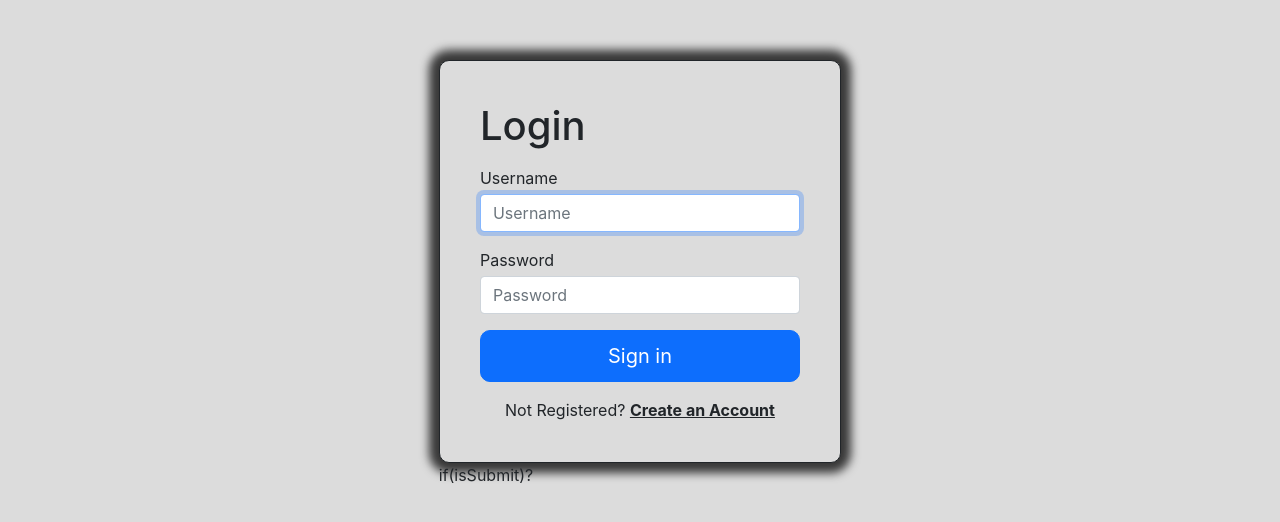
Repository: Rittaki/web-client
Page: /
An editor plug-in stored every save of this project. The page is shown before and after the next save, followed by the edit.
The browser window is 1280 px wide. The pictures show the whole page.
The project was rebuilt for these pictures with package versions that can differ from the ones it lists, and the page was loaded fresh each time. Also part of the build but not shown: src/App.css, src/components/Signup.js.

Above is the page before, as saved 2022-04-04 22:49:42.

After the next save:
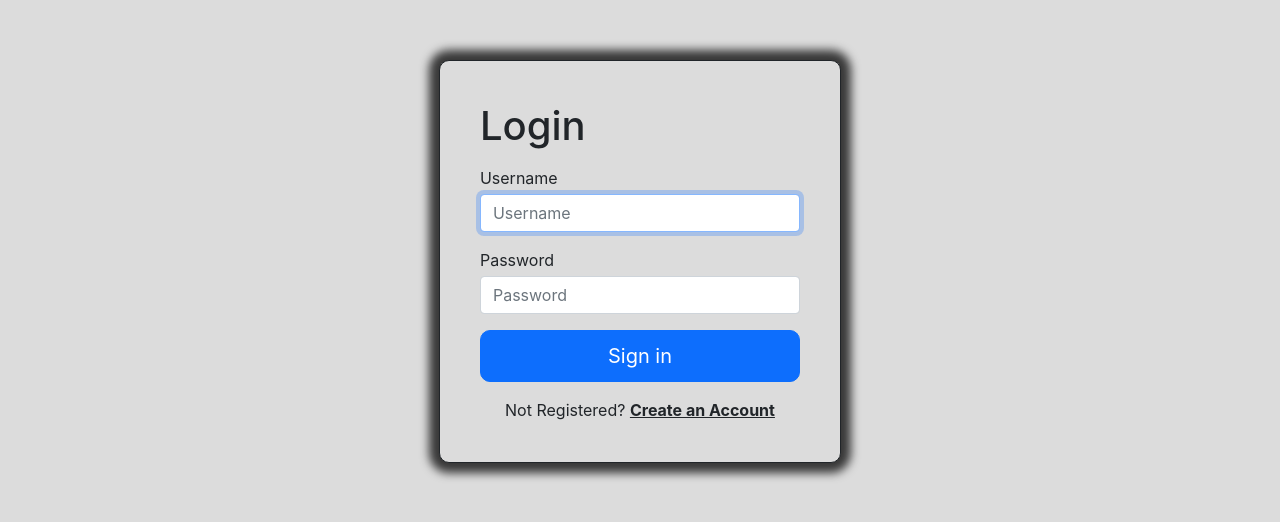
Saved 94 s later.
--- a/src/components/Login.js
+++ b/src/components/Login.js
@@ -34,7 +34,6 @@ const[isSubmit, setIsSubmit] = useState(false);
                                 Not Registered? <a href="/Signup" className="text-dark fw-bold" > Create an Account</a>
                             </div>
                         </form>
-                        if(isSubmit)?<Users checkName={userName} checkPassword={password}/>
                     </div>
                 </div>
             </div>
